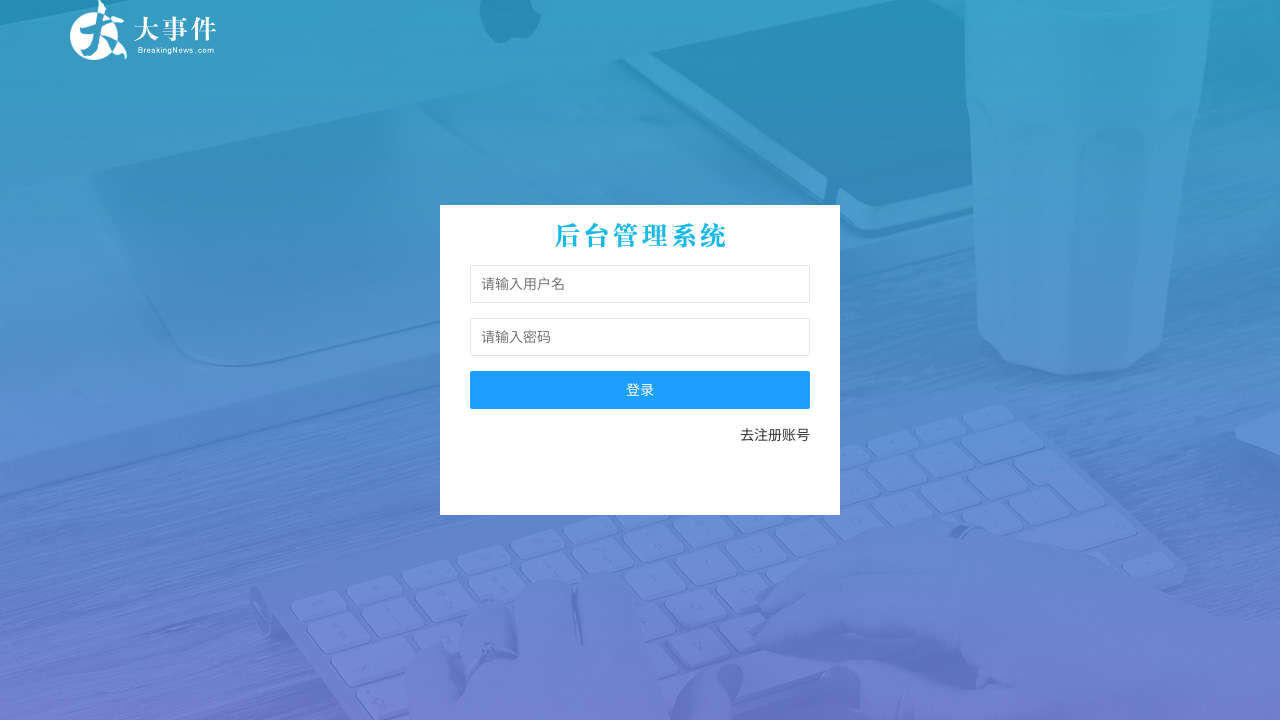
Repository: hjg520/web_bigevent
Page: login.html
An editor plug-in stored every save of this project. The page is shown before and after the next save, followed by the edit.
The browser window is 1280 px wide. The pictures show the whole page.

Above is the page before, as saved 2022-05-08 16:24:03.

After the next save:
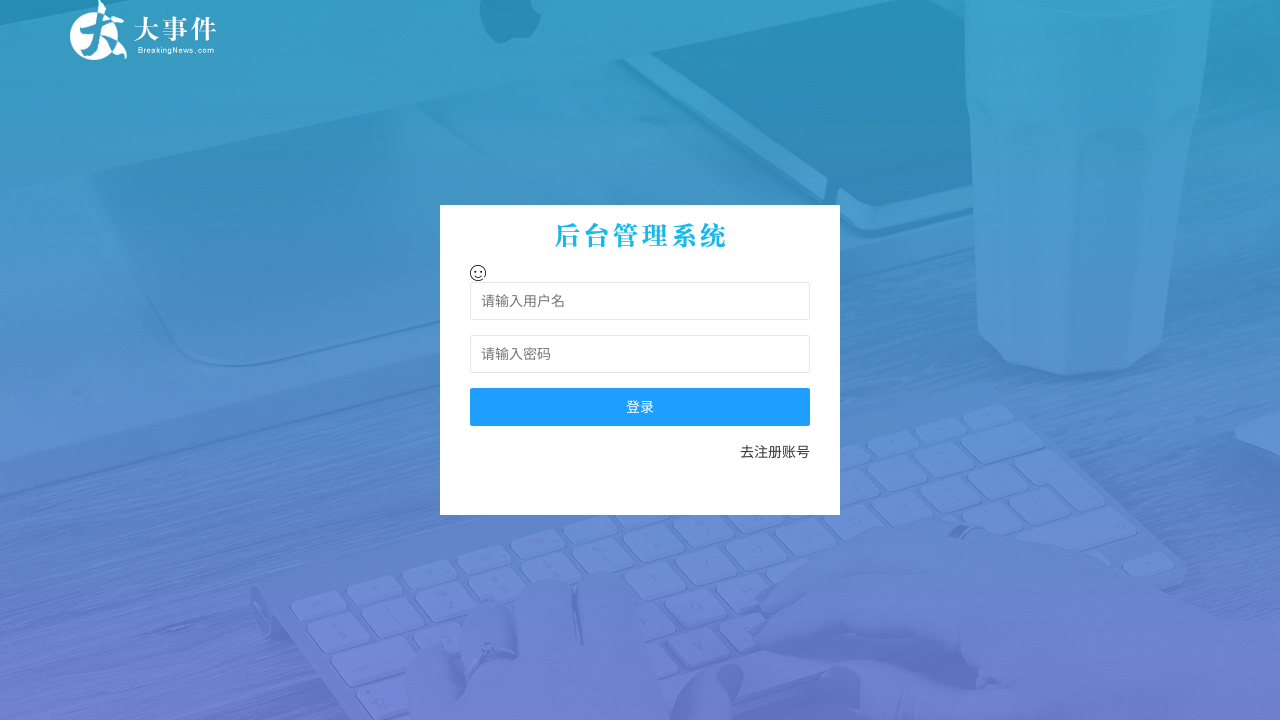
Saved 87 s later.
--- a/login.html
+++ b/login.html
@@ -25,6 +25,7 @@
             <form class="layui-form" action="">
                 <!-- 用户名 -->
                 <div class="layui-form-item">
+                    <i class="layui-icon layui-icon-face-smile"></i>
                     <input type="text" name="username" required  lay-verify="required" placeholder="请输入用户名" autocomplete="off" class="layui-input">
                 </div>
                 <!-- 密码 -->
